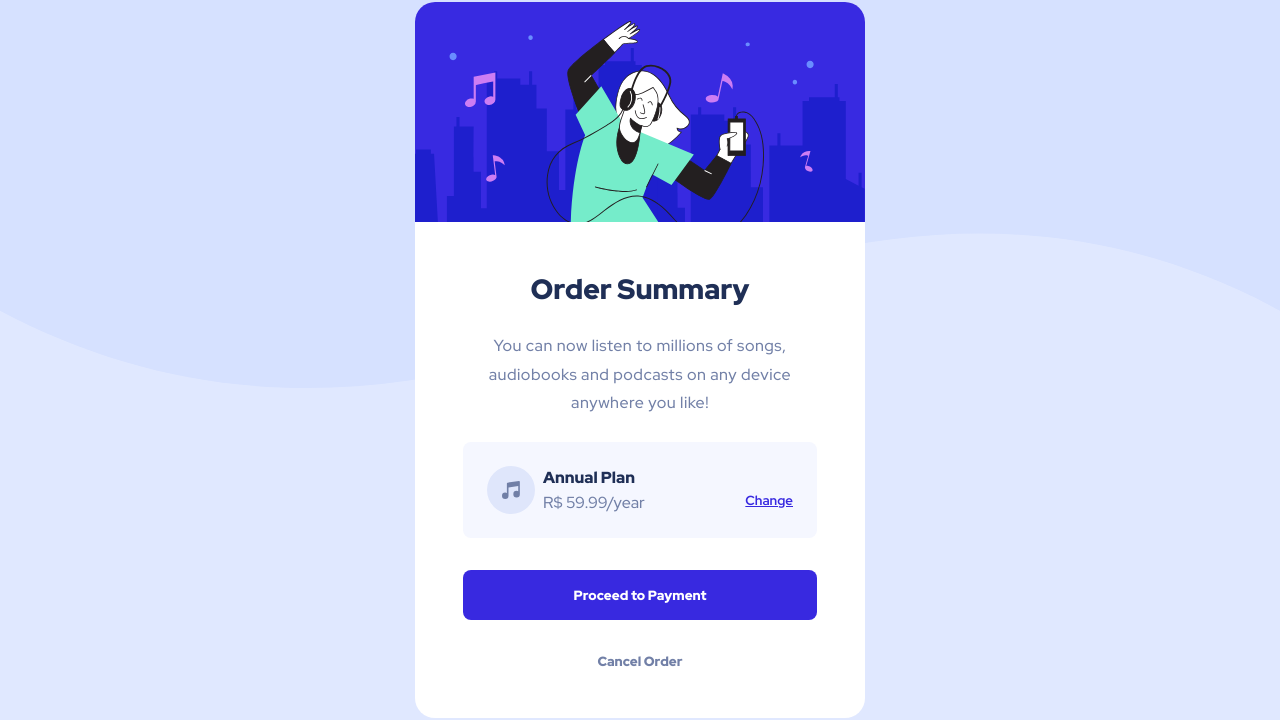
Repository: gccavalheiro/order-summary-card
Page: index.html
These files come from the project's save history. The page is drawn as it stood at one moment and after a run of saves; the edit follows.
The browser window is 1280 px wide. The pictures show the whole page.

Above is the page before, as saved 2021-12-17 02:37:40.

### index.html
<!DOCTYPE html>
<html lang="en">

<head>
  <meta charset="UTF-8" />
  <meta http-equiv="X-UA-Compatible" content="IE=edge" />
  <meta name="viewport" content="width=device-width, initial-scale=1.0" />
  <link rel="preconnect" href="https://fonts.googleapis.com">
  <link rel="preconnect" href="https://fonts.gstatic.com" crossorigin>
  <link href="https://fonts.googleapis.com/css2?family=Red+Hat+Display:wght@500;700;900&display=swap" rel="stylesheet">
  <link rel="icon" type="image/png" sizes="32x32" href="./images/favicon-32x32.png" />
  <title>Frontend Mentor | Order summary card</title>
  <link rel="stylesheet" href="./assets/css/main.css" />
</head>

<body>
  <main>
    <div class="card">
      <div class="card-header">
        <img src="./assets/images/illustration-hero.svg" alt="Illustration Woman">
      </div>
      <div class="card-body">
        <div class="card-info">
          <h1>Order Summary</h1>
          <p>You can now listen to millions of songs,
            audiobooks and podcasts on any device
            anywhere you like! </p>
        </div>
        <div class="card-plan">
          <div class="card-plan-detail">
            <div class="card-plan-icon-detail">
              <img src="./assets/images/icon-music.svg" alt="Icon Music" />
            </div>
            <div class="card-plan-info-detail">
              <h2>Annual Plan</h2>
              <p>R$ 59.99/year</p>
            </div>
          </div>
          <button class="card-plan-button">Change</button>
        </div>
        <button class="card-button-payment">Proceed to Payment</button>
        <button class="card-button-cancel">Cancel Order</button>
      </div>
    </div>
  </main>
</body>

</html>

### assets/css/main.css
:root {
  --primary-pale-blue: hsl(225, 100%, 94%);
  --secondary-bright-blue: hsl(245, 75%, 52%);
  --very-pale-blue:hsl(225, 100%, 98%);
  --desaturated-blue: hsl(224, 23%, 55%);
  --dark-blue: hsl(223, 47%, 23%);
  --variant-blue: hsl(245, 83%, 68%);
  --white: hsl(0, 0%, 100%);
}

* {
  margin: 0;
  padding: 0;
  outline: 0;
  box-sizing: border-box;
  text-rendering: optimizeLegibility;
  -webkit-font-smoothing: antialiased;
  -moz-osx-font-smoothing: grayscale;
}

body {
  font-family: 'Red Hat Display', sans-serif;
  font-size: 1rem;
  background-color: var(--primary-pale-blue);
  background-image: url('../images/pattern-background-desktop.svg');
  background-repeat: no-repeat;
  background-position: top center;
  background-size: contain;
}

img {
  width: 100%;
}

button {
  font-family: 'Red Hat Display', sans-serif;
  border: 0;
  cursor: pointer;
  background-color: transparent;
}

main {
  display: flex;
  align-items: center;
  justify-content: center;
  width: 100%;
  height: 100vh;
  padding: 0 20px;
}

.card {
  display: flex;
  flex-direction: column;
  width: 100%;
  max-width: 450px;
  border-radius: 20px;
  background-color: var(--white);
}

.card-header {
  width: 100%;
  border-top-left-radius: 20px;
  border-top-right-radius: 20px;
  overflow: hidden;
  line-height: 0;
}

.card-body {
  display: flex;
  flex-direction: column;
  align-items: center;
  padding: 20px;
}

.card-info {
  display: flex;
  flex-direction: column;
  align-items: center;
  text-align: center;
}

.card-info h1{
  font-size: 1.75rem;
  color: var(--dark-blue);
  font-weight: 900;
}

.card-info p{
  font-size: 1rem;
  color: var(--desaturated-blue);
  font-weight: 500;
  letter-spacing: 0.03em;
  line-height: 1.8;
  margin: 24px 0;
}

.card-plan {
  display: flex;
  flex-direction: column;
  align-items: center;
  justify-content: space-between;
  width: 100%;
  background-color: var(--very-pale-blue);
  padding: 20px;
  border-radius: 8px;
}

.card-plan-detail {
  display: flex;
  align-items: center;
}

.card-plan-icon-detail {
  width: 48px;
  height: 48px;
  min-width: 48px;
  min-height: 48px;
  border-radius: 50%;
  margin-right: 8px;
}

.card-plan-icon-detail img {
  object-fit: cover;
}

.card-plan-info-detail {
  display: flex;
  flex-direction: column;
}

.card-plan-info-detail h2, .card-plan-info-detail p {
  font-size: 1rem;
}
.card-plan-info-detail h2 {
  font-weight: 900;
  color: var(--dark-blue);
  margin-bottom: 4px;
}

.card-plan-info-detail p {
  color: var(--desaturated-blue);
  font-size: 700;
}

.card-plan-button {
  font-size: .825rem;
  color: var(--secondary-bright-blue);
  background-color: transparent;
  text-decoration: underline;
  font-weight: 700;
  border: 0;
  transition: .3s;
  margin-top: 20px;
}

.card-plan-button:hover {
  color: var(--variant-blue);
}

.card-button-payment{
  font-weight: 900;
  padding: 16px 0;
  width: 100%;
  color: var(--white);
  background-color: var(--secondary-bright-blue);
  border-radius: 8px;
  margin: 32px 0;
}

.card-button-payment:hover {
  background-color: var(--variant-blue);
}

.card-button-cancel{
  font-weight: 900;
  color: var(--desaturated-blue);
}

.card-button-cancel:hover {
  color: var(--dark-blue);
}

@media screen and (min-width: 374.9px) {
 .card-plan {
    flex-direction: row;
  }
}

@media screen and (min-width: 767.9px) {
  main {
    padding: 0;
  }

  .card-body {
    padding: 48px;
  }

  .card-plan {
    padding: 24px;
  }
}

After the next 2 saves:
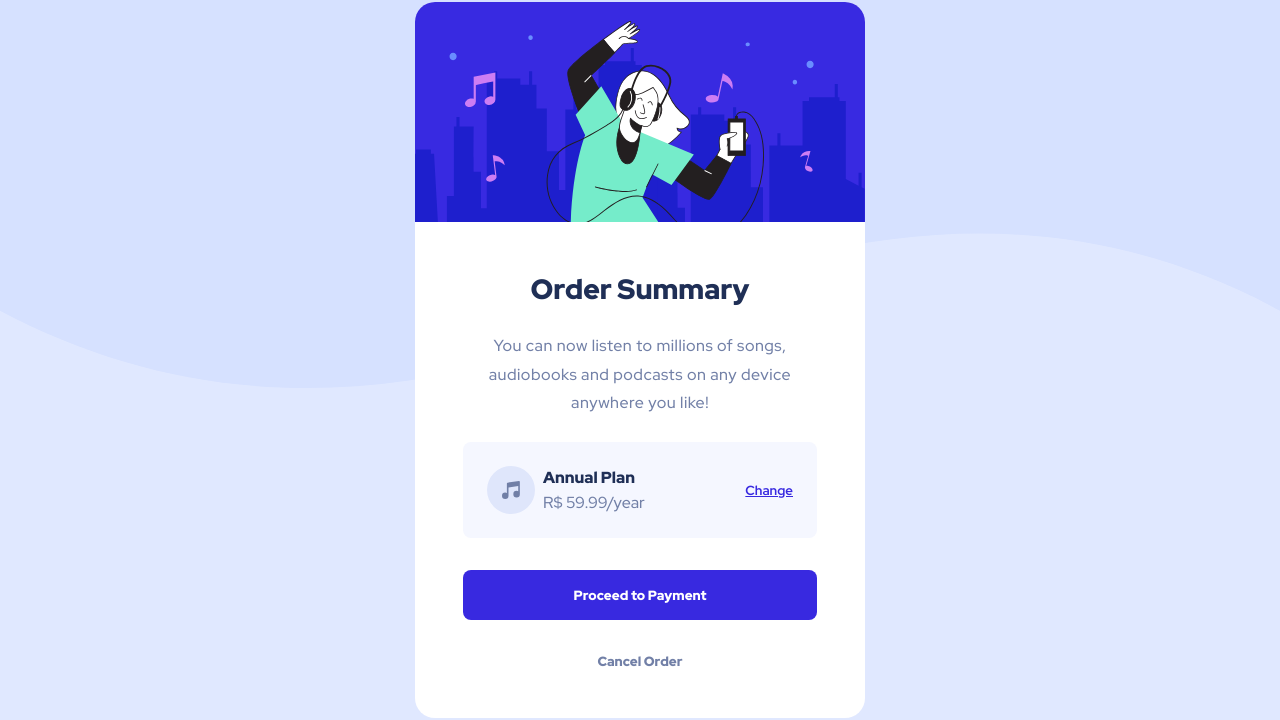
The 2 saves are shown as one change because they came seconds apart.
The last was saved 21 s later.
--- a/assets/css/main.css
+++ b/assets/css/main.css
@@ -184,6 +184,10 @@ main {
  .card-plan {
     flex-direction: row;
   }
+
+  .card-plan-button {
+    margin-top: 0;
+  }
 }
 
 @media screen and (min-width: 767.9px) {
